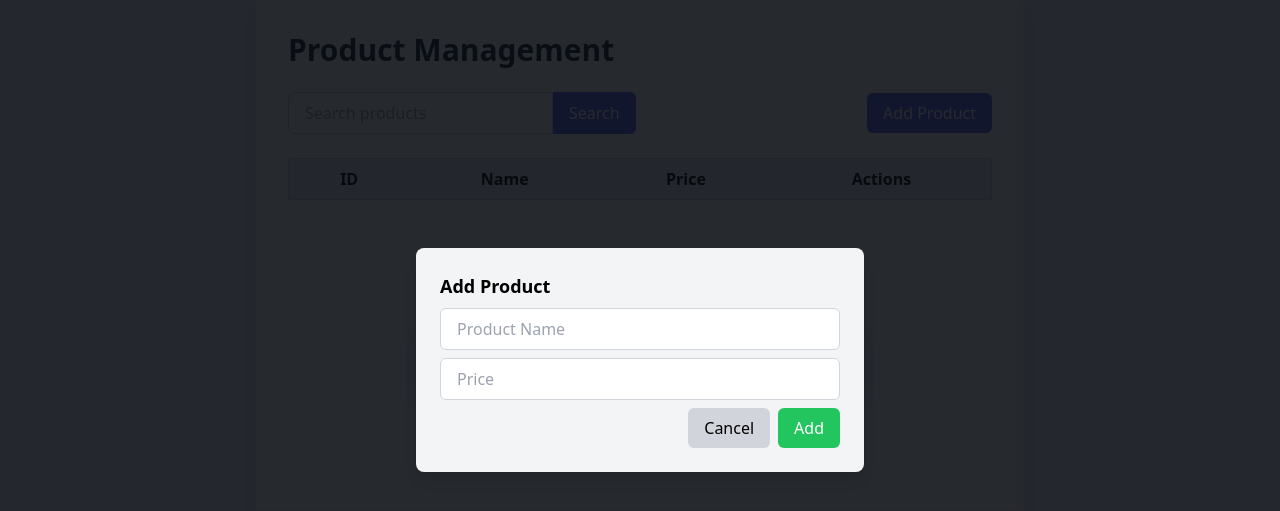
Repository: shaafsalman/product-Management-MERN
Page: /home (app in frontend/), after clicking the first element matching `button.rounded-md`
An editor plug-in stored every save of this project. The page is shown before and after the next save, followed by the edit.
The browser window is 1280 px wide. The pictures show the whole page.
The page's requests for data from a server got no answer. The project was rebuilt for these pictures with package versions that can differ from the ones it lists, and the page was loaded fresh each time. No one was signed in, and anything a server would have sent is missing. Also part of the build but not shown: frontend/vite.config.js, frontend/src/Cards/mesgCard.jsx, frontend/src/Pages/Login.jsx, frontend/src/Pages/SighnUp.jsx, frontend/src/Pages/NoPage.jsx.

Above is the page before, as saved 2024-05-14 01:42:47.

After the next save:
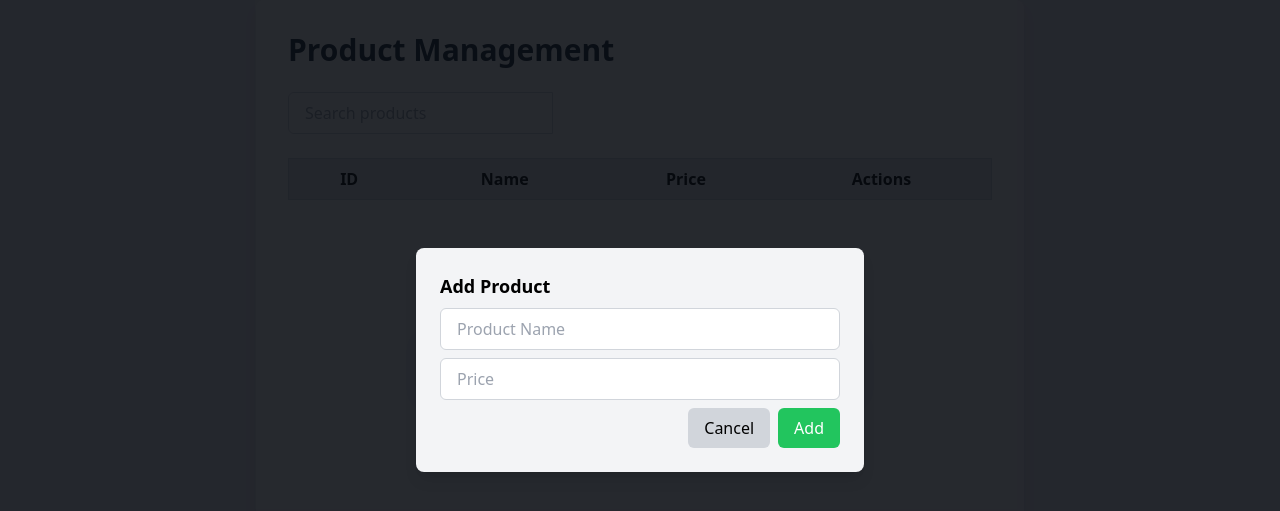
Saved 18 s later.
--- a/frontend/src/Pages/Home.jsx
+++ b/frontend/src/Pages/Home.jsx
@@ -51,18 +51,18 @@ const Home = () => {
               placeholder="Search products"
               value={searchTerm}
               onChange={(e) => setSearchTerm(e.target.value)}
-              className="px-4 py-2 border border-gray-300 rounded-l-md focus:outline-none focus:border-indigo-500"
+              className="px-4 py-2 border border-gray-300 rounded-l-md focus:outline-none focus:border-red-850"
             />
             <button
               onClick={handleSearch}
-              className="px-4 py-2 bg-indigo-500 text-white rounded-r-md hover:bg-indigo-600 focus:outline-none focus:bg-indigo-600"
+              className="px-4 py-2 bg-red-850 text-white rounded-r-md hover:bg-indigo-600 focus:outline-none focus:bg-indigo-600"
             >
               Search
             </button>
           </div>
           <button
             onClick={toggleAddProduct}
-            className="px-4 py-2 bg-indigo-500 text-white rounded-md hover:bg-indigo-600 focus:outline-none focus:bg-indigo-600"
+            className="px-4 py-2 bg-red-850 text-white rounded-md hover:bg-indigo-600 focus:outline-none focus:bg-indigo-600"
           >
             Add Product
           </button>
